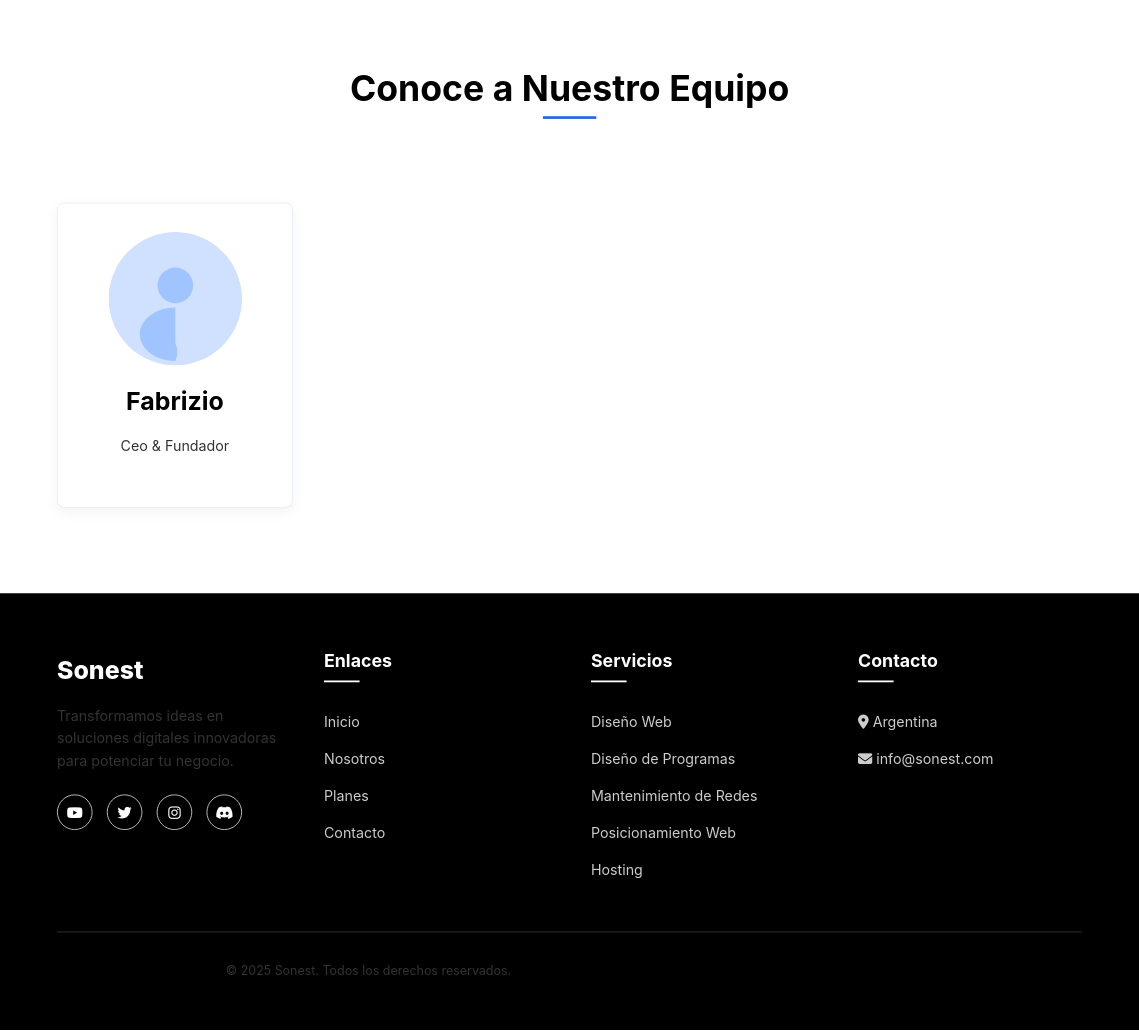
Repository: FabriDevelope/sonest
Page: nosotros.html
An editor plug-in stored every save of this project. The page is shown before and after the next save, followed by the edit.
The browser window is 1280 px wide. The pictures show the part of the page from y = 776 to 1934 px (the page is 1934 px tall), at 89% of full size.
A picture or video elsewhere on the page could not be fetched, so the positions and the page height are approximate.

Above is the page before, as saved 2025-08-02 23:06:53.

### nosotros.html
<!DOCTYPE html>
<html lang="es">
<head>
    <meta charset="UTF-8">
    <meta name="viewport" content="width=device-width, initial-scale=1.0">
    <title>Sobre Nosotros - Sonest</title>
    <link rel="stylesheet" href="styles.css">
    <link rel="stylesheet" href="https://cdnjs.cloudflare.com/ajax/libs/font-awesome/6.4.0/css/all.min.css">
    <style>
        .about-section {
            padding: 6rem 0;
        }

        .about-content {
            display: flex;
            gap: 4rem;
            align-items: center;
        }

        .about-text {
            flex: 1;
        }

        .about-image {
            flex: 1;
            border-radius: var(--border-radius);
            overflow: hidden;
            box-shadow: var(--shadow);
        }

        .team-grid {
            display: grid;
            grid-template-columns: repeat(auto-fit, minmax(250px, 1fr));
            gap: 2.5rem;
            margin-top: 4rem;
            justify-content: center;
        }

.team-grid {
    display: grid;
    grid-template-columns: repeat(auto-fit, minmax(250px, 1fr));
    gap: 2.5rem;
    margin-top: 4rem;
    justify-content: center; /* Añadido */
}

.team-card {
    background-color: var(--white);
    border-radius: var(--border-radius);
    padding: 2rem;
    text-align: center;
    box-shadow: 0 5px 15px rgba(0,0,0,0.05);
    border: 1px solid rgba(37, 99, 235, 0.1);
    max-width: 265px; /* Añadido */
}


        .team-image {
            width: 150px;
            height: 150px;
            border-radius: 50%;
            margin: 0 auto 1.5rem;
            overflow: hidden;
            background-color: var(--gray-100);
        }

        @media (max-width: 992px) {
            .about-content {
                flex-direction: column;
            }
        }
    </style>
</head>
<body>
    <!-- Header -->
    <header>
        <div class="container header-container">
            <a href="index.html" class="logo">
                <img src="https://i.imgur.com/yJCH2BL.png" alt="Sonest Logo" style="height: 60px; margin-right: 10px;">
            </a>
            <nav>
                <ul class="nav-menu">
                    <li class="nav-item"><a href="index.html" class="nav-link">Inicio</a></li>
                    <li class="nav-item"><a href="nosotros.html" class="nav-link">Nosotros</a></li>
                    <li class="nav-item dropdown">
                        <a href="planes.html" class="nav-link">Servicios <i class="fas fa-chevron-down"></i></a>
                        <ul class="dropdown-content">
                            <li><a href="diseno-web.html" class="dropdown-item">Diseño Web</a></li>
                            <li><a href="diseno-programas.html" class="dropdown-item">Diseño de Programas</a></li>
                            <li><a href="mantenimiento-redes.html" class="dropdown-item">Mantenimiento de Redes</a></li>
                            <li><a href="posicionamiento-web.html" class="dropdown-item">Posicionamiento Web</a></li>
                            <li><a href="hosting.html" class="dropdown-item">Hosting</a></li>
                        </ul>
                    </li>
                    <li class="nav-item"><a href="planes.html" class="nav-link">Planes</a></li>
                    <li class="nav-item"><a href="contacto.html" class="nav-link active">Contacto</a></li>
                </ul>
            </nav>
            <div class="mobile-toggle">
                <i class="fas fa-bars"></i>
            </div>
        </div>
    </header>

    <main>
        <section class="about-section">
            <div class="container">
                <div class="section-title">
                    <h2>Nuestra Historia</h2>
                    <p>Conoce más sobre quiénes somos y nuestra pasión por la tecnología</p>
                </div>

                <div class="about-content">
                    <div class="about-text">
                        <p>Fundada en 2024, Sonest nació con la visión de brindar soluciones tecnológicas modernas que ayuden a empresas y emprendedores a crecer en un entorno digital en constante evolución.</p>
                        <p>Lo que comenzó como una iniciativa de un grupo de profesionales apasionados por el desarrollo web, la seguridad informática y la optimización de procesos, hoy se consolida como una empresa comprometida con la innovación y la excelencia en cada proyecto.</p>
                        <p>Nuestro enfoque se basa en comprender a fondo los desafíos de cada cliente para crear soluciones personalizadas que generen valor real y sostenible en su negocio.</p>

                        <h3>Nuestro Equipo</h3>
                        <p>Contamos con un equipo multidisciplinario de desarrolladores, diseñadores, expertos en redes y consultores estratégicos dedicados a ofrecer un servicio cercano, profesional y de alta calidad.</p>
                    </div>
                    <div class="about-image fade-in">
                        <img src="https://i.imgur.com/lfAE6ol.png" alt="Equipo Sonest">
                    </div>
                </div>


                <div class="section-title" style="margin-top: 6rem;">
                    <h2>Conoce a Nuestro Equipo</h2>
                </div>

                <div class="team-grid">
                    <div class="team-card fade-in">
                        <div class="team-image">
                            <img src="data:[embedded picture, 302 characters]" alt="María López">
                        </div>
                        <h3>Fabrizio</h3>
                        <p>Ceo & Fundador</p>
                    </div>
                </div>
            </div>
        </section>
    </main>

    <!-- Footer -->
    <footer>
        <div class="container">
            <div class="footer-grid">
                <div>
                    <a href="index.html" class="footer-logo">Sonest</a>
                    <p>Transformamos ideas en soluciones digitales innovadoras para potenciar tu negocio.</p>
                    <div class="social-links">
                        <a href="#" class="social-link"><i class="fab fa-youtube"></i></a>
                        <a href="#" class="social-link"><i class="fab fa-twitter"></i></a>
                        <a href="#" class="social-link"><i class="fab fa-instagram"></i></a>
                        <a href="https://discord.gg/TzeV6DSFxJ" class="social-link"><i class="fab fa-discord"></i></a>
                    </div>
                </div>
                <div>
                    <h4 class="footer-title">Enlaces</h4>
                    <ul class="footer-links">
                        <li><a href="index.html" class="footer-link">Inicio</a></li>
                        <li><a href="nosotros.html" class="footer-link">Nosotros</a></li>
                        <li><a href="planes.html" class="footer-link">Planes</a></li>
                        <li><a href="contacto.html" class="footer-link">Contacto</a></li>
                    </ul>
                </div>
                <div>
                    <h4 class="footer-title">Servicios</h4>
                    <ul class="footer-links">
                        <li><a href="diseno-web.html" class="footer-link">Diseño Web</a></li>
                        <li><a href="diseno-programas.html" class="footer-link">Diseño de Programas</a></li>
                        <li><a href="mantenimiento-redes.html" class="footer-link">Mantenimiento de Redes</a></li>
                        <li><a href="posicionamiento-web.html" class="footer-link">Posicionamiento Web</a></li>
                        <li><a href="hosting.html" class="footer-link">Hosting</a></li>
                    </ul>
                </div>
                <div>
                    <h4 class="footer-title">Contacto</h4>
                    <ul class="footer-links">
                        <li><a href="#" class="footer-link"><i class="fas fa-map-marker-alt"></i> Argentina</a></li>
                        <li><a href="mailto:sonest.adm@proton.me" class="footer-link"><i class="fas fa-envelope"></i> info@sonest.com</a></li>
                    </ul>
                </div>
            </div>
            <div class="footer-bottom">
                <p>&copy; 2025 Sonest. Todos los derechos reservados.</p>
            </div>
        </div>
    </footer>

    <script>
        document.addEventListener('DOMContentLoaded', function() {
            const mobileToggle = document.querySelector('.mobile-toggle');
            const navMenu = document.querySelector('.nav-menu');

            if (mobileToggle && navMenu) {
                mobileToggle.addEventListener('click', function() {
                    navMenu.classList.toggle('active');
                });
            }

            // Animaciones al hacer scroll
            const observer = new IntersectionObserver((entries) => {
                entries.forEach(entry => {
                    if (entry.isIntersecting) {
                        entry.target.classList.add('fade-in-visible');
                    }
                });
            }, { threshold: 0.1 });

            document.querySelectorAll('.fade-in').forEach(element => {
                observer.observe(element);
            });
        });
    </script>
</body>
</html>

### styles.css
/* Variables CSS */
:root {
    --white: #ffffff;
    --black: #000000;
    --gray-100: #f5f5f5;
    --gray-200: #e0e0e0;
    --gray-300: #cccccc;
    --gray-700: #333333;
    --gray-800: #222222;
    --primary: #2563eb;
    --primary-light: #3b82f6;
    --transition: all 0.3s ease;
    --border-radius: 8px;
    --shadow: 0 4px 20px rgba(0,0,0,0.08);
    --container-width: 1200px;
}

/* Reset y estilos base */
* {
    margin: 0;
    padding: 0;
    box-sizing: border-box;
}

body {
    font-family: 'Inter', 'Segoe UI', Roboto, 'Helvetica Neue', Arial, sans-serif;
    color: var(--black);
    background-color: var(--white);
    line-height: 1.6;
    overflow-x: hidden;
    display: flex;
    flex-direction: column;
    min-height: 100vh;
}

h1, h2, h3, h4, h5, h6 {
    font-weight: 700;
    line-height: 1.2;
    margin-bottom: 1rem;
}

h1 {
    font-size: 3.5rem;
    margin-bottom: 1.5rem;
}

h2 {
    font-size: 2.5rem;
    position: relative;
    display: inline-block;
    margin-bottom: 2.5rem;
}

h2::after {
    content: '';
    position: absolute;
    bottom: -10px;
    left: 0;
    width: 60px;
    height: 3px;
    background-color: var(--primary);
}

h3 {
    font-size: 1.75rem;
    margin-bottom: 1.25rem;
}

p {
    margin-bottom: 1.5rem;
    max-width: 700px;
    color: var(--gray-700);
}

a {
    color: var(--primary);
    text-decoration: none;
    transition: var(--transition);
}

a:hover {
    color: var(--primary-light);
    opacity: 0.9;
}

img {
    max-width: 100%;
    height: auto;
    border-radius: var(--border-radius);
}

.container {
    width: 100%;
    max-width: var(--container-width);
    margin: 0 auto;
    padding: 0 1.5rem;
}

.btn {
    display: inline-block;
    background-color: var(--primary);
    color: var(--white);
    padding: 0.9rem 2.25rem;
    border: 2px solid var(--primary);
    border-radius: var(--border-radius);
    font-weight: 600;
    cursor: pointer;
    transition: var(--transition);
    text-align: center;
    font-size: 1rem;
}

.btn:hover {
    background-color: transparent;
    color: var(--primary);
    opacity: 1;
    transform: translateY(-3px);
    box-shadow: 0 10px 20px rgba(37, 99, 235, 0.15);
}

.btn-outline {
    background-color: transparent;
    color: var(--primary);
}

.btn-outline:hover {
    background-color: var(--primary);
    color: var(--white);
}

.section {
    padding: 6rem 0;
}

.section-title {
    text-align: center;
    margin-bottom: 4rem;
}

.section-title h2::after {
    left: 50%;
    transform: translateX(-50%);
}

.text-center {
    text-align: center;
}

/* Header */
header {
    position: fixed;
    top: 0;
    left: 0;
    width: 100%;
    background-color: var(--white);
    z-index: 1000;
    box-shadow: var(--shadow);
    padding: 1rem 0;
}

.header-container {
    display: flex;
    justify-content: space-between;
    align-items: center;
}

.logo {
    font-size: 1.5rem;
    font-weight: 800;
    letter-spacing: -1px;
    color: var(--black);
}

.nav-menu {
    display: flex;
    list-style: none;
}

.nav-item {
    margin-left: 2rem;
    position: relative;
}

.nav-link {
    font-weight: 500;
    padding: 0.5rem 0;
    color: var(--black);
}

.nav-link:hover::after {
    content: '';
    position: absolute;
    bottom: 0;
    left: 0;
    width: 100%;
    height: 2px;
    background-color: var(--primary);
}

.dropdown {
    position: relative;
}

.dropdown-content {
    position: absolute;
    top: 100%;
    left: 0;
    background-color: var(--white);
    box-shadow: var(--shadow);
    border-radius: var(--border-radius);
    min-width: 200px;
    padding: 0.5rem 0;
    opacity: 0;
    visibility: hidden;
    transform: translateY(10px);
    transition: var(--transition);
    z-index: 100;
}

.dropdown:hover .dropdown-content {
    opacity: 1;
    visibility: visible;
    transform: translateY(0);
}

.dropdown-item {
    display: block;
    padding: 0.75rem 1.5rem;
    color: var(--black);
}

.dropdown-item:hover {
    background-color: var(--gray-100);
    color: var(--primary);
}

.mobile-toggle {
    display: none;
    font-size: 1.5rem;
    cursor: pointer;
}

/* Hero */
.hero {
    padding: 12rem 0 7rem;
    background: linear-gradient(135deg, #f0f7ff 0%, #e6f0ff 100%);
    position: relative;
    overflow: hidden;
}

.hero::before {
    content: '';
    position: absolute;
    top: -100px;
    right: -100px;
    width: 500px;
    height: 500px;
    border-radius: 50%;
    background: linear-gradient(135deg, rgba(37, 99, 235, 0.1) 0%, rgba(37, 99, 235, 0.05) 100%);
    z-index: 0;
}

.hero-content {
    display: flex;
    align-items: center;
    gap: 4rem;
    position: relative;
    z-index: 1;
}

.hero-text {
    flex: 1;
}

.hero-image {
    flex: 1;
    border-radius: var(--border-radius);
    overflow: hidden;
    box-shadow: var(--shadow);
    transform: perspective(1000px) rotateY(-5deg);
    transition: var(--transition);
}

.hero-image:hover {
    transform: perspective(1000px) rotateY(0);
}

/* Features */
.features-grid {
    display: grid;
    grid-template-columns: repeat(auto-fit, minmax(300px, 1fr));
    gap: 2.5rem;
    margin-top: 3rem;
}

.feature-card {
    background-color: var(--white);
    border-radius: var(--border-radius);
    padding: 2.5rem;
    transition: var(--transition);
    box-shadow: 0 5px 15px rgba(0,0,0,0.05);
    text-align: center;
    border: 1px solid rgba(37, 99, 235, 0.1);
}

.feature-card:hover {
    transform: translateY(-10px);
    box-shadow: 0 15px 30px rgba(37, 99, 235, 0.15);
}

.feature-icon {
    width: 80px;
    height: 80px;
    background: linear-gradient(135deg, #e6f0ff 0%, #d0e1ff 100%);
    border-radius: 50%;
    display: flex;
    align-items: center;
    justify-content: center;
    margin: 0 auto 1.5rem;
    font-size: 2rem;
    color: var(--primary);
}

/* Services */
.services {
    background-color: var(--gray-100);
}

.services-grid {
    display: grid;
    grid-template-columns: repeat(auto-fit, minmax(280px, 1fr));
    gap: 2.5rem;
    margin-top: 2rem;
}

.service-card {
    background-color: var(--white);
    border-radius: var(--border-radius);
    padding: 2.5rem;
    transition: var(--transition);
    box-shadow: 0 5px 15px rgba(0,0,0,0.05);
    border: 1px solid rgba(37, 99, 235, 0.1);
}

.service-card:hover {
    transform: translateY(-5px);
    box-shadow: 0 15px 30px rgba(37, 99, 235, 0.1);
}

.service-icon {
    font-size: 2.5rem;
    margin-bottom: 1.5rem;
    display: inline-block;
    color: var(--primary);
}

.soon-badge {
    display: inline-block;
    background-color: var(--gray-200);
    color: var(--gray-700);
    font-size: 0.75rem;
    padding: 0.25rem 0.75rem;
    border-radius: 2rem;
    margin-left: 0.5rem;
    vertical-align: super;
    font-weight: 600;
}

/* Stats */
.stats {
    background: linear-gradient(135deg, var(--primary) 0%, var(--primary-light) 100%);
    color: var(--white);
    text-align: center;
}

.stats-grid {
    display: grid;
    grid-template-columns: repeat(auto-fit, minmax(200px, 1fr));
    gap: 2rem;
    margin-top: 2rem;
}

.stat-item {
    text-align: center;
    padding: 2rem;
    background-color: rgba(255, 255, 255, 0.1);
    border-radius: var(--border-radius);
}

.stat-number {
    font-size: 3rem;
    font-weight: 700;
    margin-bottom: 0.5rem;
}

/* Testimonials */
.testimonials-grid {
    display: grid;
    grid-template-columns: repeat(auto-fit, minmax(320px, 1fr));
    gap: 2.5rem;
}

.testimonial-card {
    background-color: var(--white);
    border-radius: var(--border-radius);
    padding: 2.5rem;
    position: relative;
    box-shadow: 0 5px 15px rgba(0,0,0,0.05);
    border: 1px solid rgba(37, 99, 235, 0.1);
}

.testimonial-quote {
    font-size: 3rem;
    position: absolute;
    top: 1rem;
    left: 1rem;
    opacity: 0.1;
    color: var(--primary);
}

.testimonial-content {
    margin-bottom: 1.5rem;
    font-style: italic;
}

.testimonial-author {
    display: flex;
    align-items: center;
}

.author-image {
    width: 60px;
    height: 60px;
    border-radius: 50%;
    margin-right: 1rem;
    background-color: var(--gray-200);
    display: flex;
    align-items: center;
    justify-content: center;
    overflow: hidden;
}

.author-image img {
    width: 100%;
    height: 100%;
    object-fit: cover;
}

/* CTA */
.cta {
    background: linear-gradient(135deg, var(--gray-800) 0%, var(--black) 100%);
    color: var(--white);
    text-align: center;
    padding: 5rem 0;
    position: relative;
    overflow: hidden;
}

.cta::before {
    content: '';
    position: absolute;
    top: -100px;
    right: -100px;
    width: 400px;
    height: 400px;
    border-radius: 50%;
    background: rgba(255, 255, 255, 0.05);
    z-index: 0;
}

.cta-content {
    position: relative;
    z-index: 1;
    max-width: 700px;
    margin: 0 auto;
}

.cta h2 {
    color: var(--white);
    margin-bottom: 1.5rem;
}

.cta h2::after {
    background-color: var(--white);
}

.cta .btn {
    background-color: var(--white);
    color: var(--primary);
    border-color: var(--white);
    margin-top: 1.5rem;
}

.cta .btn:hover {
    background-color: transparent;
    color: var(--white);
}

/* Footer */
footer {
    background-color: var(--black);
    color: var(--white);
    padding: 4rem 0 2rem;
    margin-top: auto;
}

.footer-grid {
    display: grid;
    grid-template-columns: repeat(auto-fit, minmax(250px, 1fr));
    gap: 3rem;
    margin-bottom: 3rem;
}

.footer-logo {
    font-size: 1.75rem;
    font-weight: 800;
    margin-bottom: 1rem;
    display: block;
    color: var(--white);
}

.footer-title {
    font-size: 1.25rem;
    margin-bottom: 1.5rem;
    position: relative;
    padding-bottom: 0.75rem;
}

.footer-title::after {
    content: '';
    position: absolute;
    bottom: 0;
    left: 0;
    width: 40px;
    height: 2px;
    background-color: var(--white);
}

.footer-links {
    list-style: none;
}

.footer-link {
    display: block;
    padding: 0.5rem 0;
    color: var(--gray-300);
}

.footer-link:hover {
    color: var(--white);
}

.social-links {
    display: flex;
    gap: 1rem;
    margin-top: 1rem;
}

.social-link {
    display: flex;
    align-items: center;
    justify-content: center;
    width: 40px;
    height: 40px;
    border: 1px solid var(--gray-300);
    border-radius: 50%;
    color: var(--white);
    transition: var(--transition);
}

.social-link:hover {
    background-color: var(--white);
    color: var(--black);
    border-color: var(--white);
}

.footer-bottom {
    padding-top: 2rem;
    border-top: 1px solid var(--gray-700);
    text-align: center;
    color: var(--gray-300);
    font-size: 0.875rem;
}

/* Animations */
.fade-in {
    opacity: 0;
    transform: translateY(30px);
    transition: opacity 0.6s ease-out, transform 0.6s ease-out;
}

.fade-in-visible {
    opacity: 1;
    transform: translateY(0);
}

/* Responsive */
@media (max-width: 992px) {
    .hero-content, .about-content, .contact-content, .service-content {
        flex-direction: column;
    }

    .hero-text, .about-text {
        order: 1;
        text-align: center;
    }

    .hero-image {
        order: 0;
        margin-bottom: 3rem;
    }

    h1 {
        font-size: 2.75rem;
    }

    h2 {
        font-size: 2.25rem;
    }
}

@media (max-width: 768px) {
    .mobile-toggle {
        display: block;
    }

    .nav-menu {
        position: fixed;
        top: 70px;
        left: 0;
        width: 100%;
        background-color: var(--white);
        flex-direction: column;
        padding: 2rem;
        box-shadow: var(--shadow);
        transform: translateY(-150%);
        transition: var(--transition);
        z-index: 999;
    }

    .nav-menu.active {
        transform: translateY(0);
    }

    .nav-item {
        margin: 0 0 1.5rem;
    }

    .dropdown-content {
        position: static;
        box-shadow: none;
        opacity: 1;
        visibility: visible;
        transform: none;
        padding-left: 1rem;
        margin-top: 0.5rem;
    }

    .section {
        padding: 4rem 0;
    }

    h1 {
        font-size: 2.5rem;
    }

    h2 {
        font-size: 2rem;
    }

    .feature-card, .service-card, .testimonial-card {
        padding: 2rem;
    }
}

@media (max-width: 480px) {
    h1 {
        font-size: 2rem;
    }

    h2 {
        font-size: 1.75rem;
    }
}

After the next save:
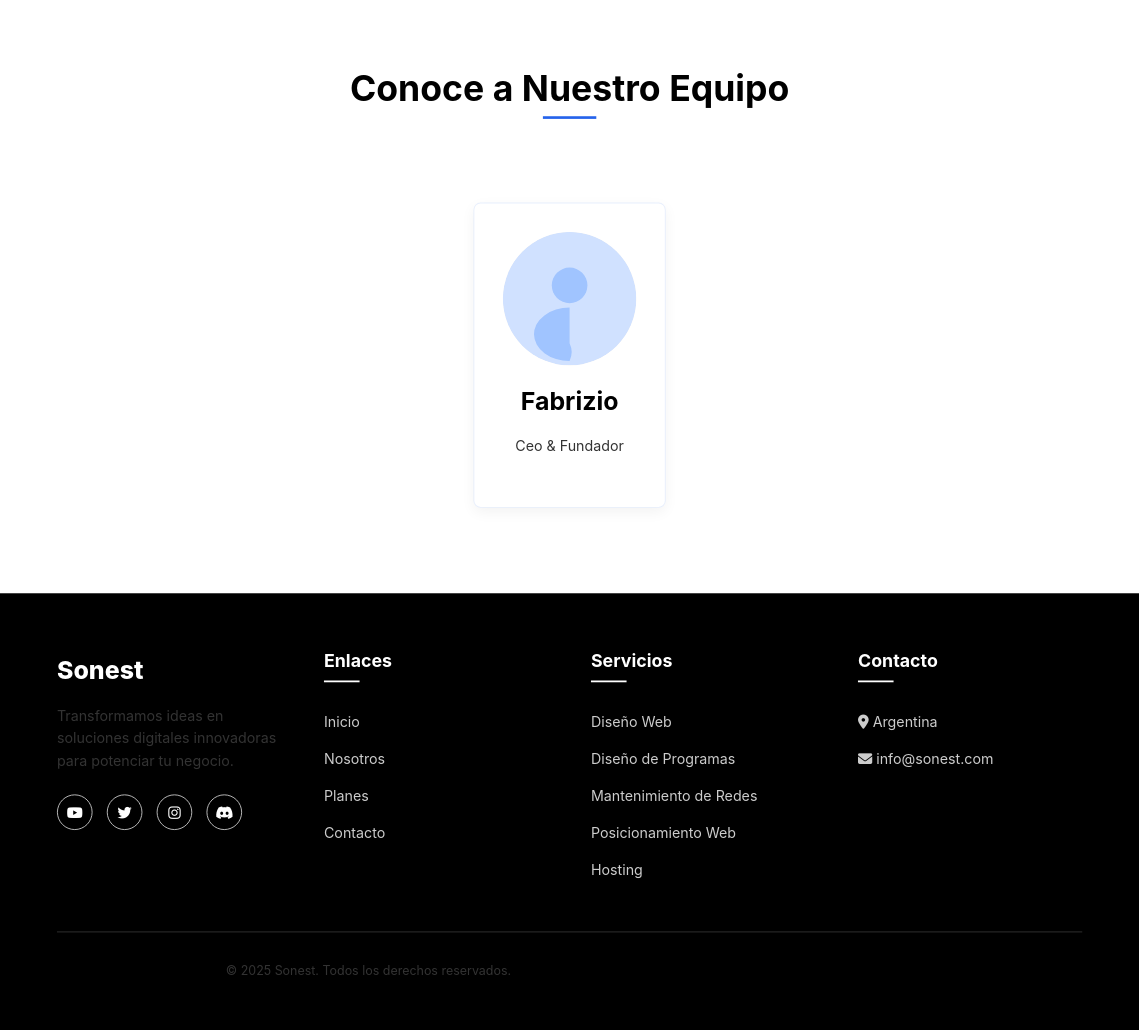
Saved 29 s later.
--- a/nosotros.html
+++ b/nosotros.html
@@ -37,12 +37,13 @@
         }
 
 .team-grid {
-    display: grid;
-    grid-template-columns: repeat(auto-fit, minmax(250px, 1fr));
+    display: flex;
+    justify-content: center; /* centra horizontalmente */
     gap: 2.5rem;
+    flex-wrap: wrap;
     margin-top: 4rem;
-    justify-content: center; /* Añadido */
 }
+
 
 .team-card {
     background-color: var(--white);
